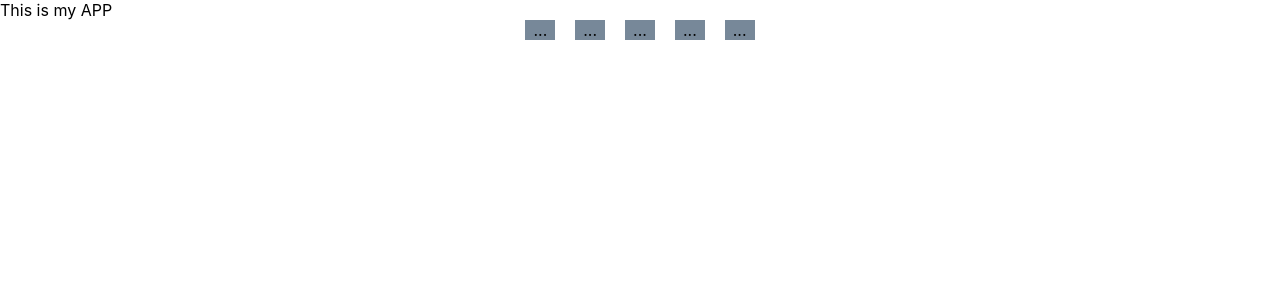
Repository: vnevescode/ui-components-react
Page: /
These files come from the project's save history. The page is drawn as it stood at one moment and after the next save; the edit follows.
The browser window is 1280 px wide. The pictures show the whole page.
The project was rebuilt for these pictures with package versions that can differ from the ones it lists, and the page was loaded fresh each time.

Above is the page before, as saved 2022-06-09 22:19:15.

After the next save:
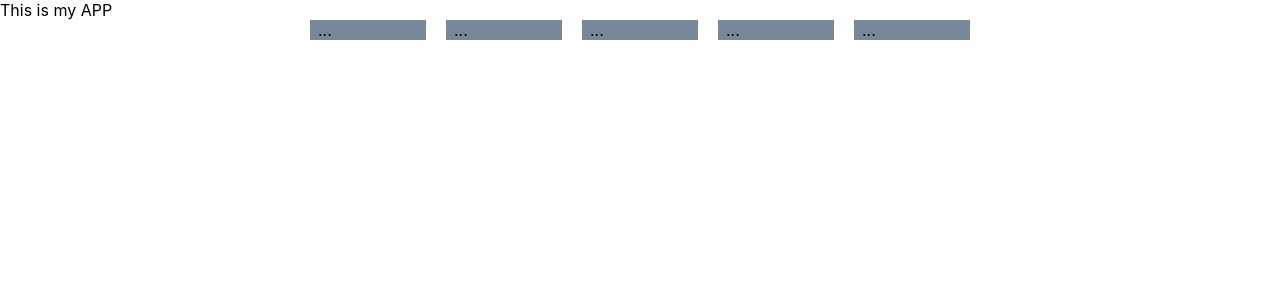
Saved 8 s later.
--- a/src/components/Cards/Cards.style.css
+++ b/src/components/Cards/Cards.style.css
@@ -11,7 +11,7 @@
 .cards__item{
     /* width: 50px;
     height: 50px; */
-    flex-basis: auto;
+    flex-basis: 100px;
     padding-left: 8px;
     padding-right: 8px;
     background-color: lightslategray;
